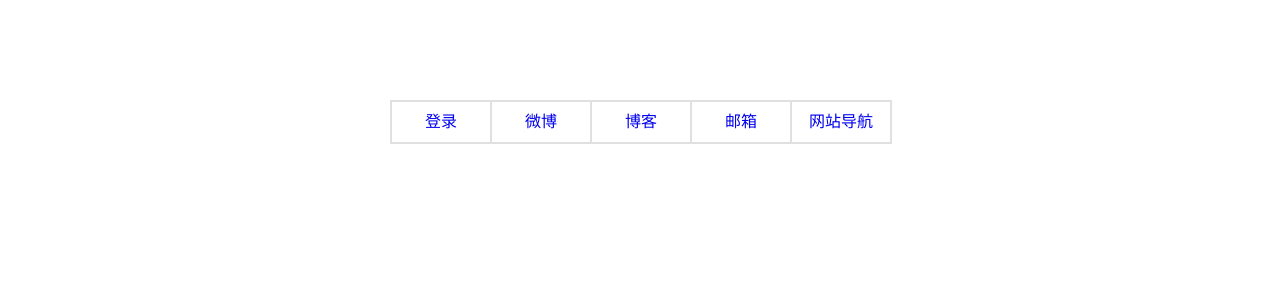
Repository: Sky0258/study
Page: js/新浪下拉框.html
These files come from the project's save history. The page is drawn as it stood at one moment and after the next save; the edit follows.
The browser window is 1280 px wide. The pictures show the whole page.

Above is the page before, as saved 2022-09-11 16:19:39.

### js/新浪下拉框.html
<!DOCTYPE html>
<html lang="en">

<head>
    <meta charset="UTF-8">
    <meta http-equiv="X-UA-Compatible" content="IE=edge">
    <meta name="viewport" content="width=device-width, initial-scale=1.0">
    <title>Document</title>
</head>
<style>
    * {
        padding: 0;
        margin: 0;
    }
    li {
        list-style: none;
    }
    a {
        text-decoration: none;
    }
    .tab {
        margin: 100px auto;
        width: 500px;
        /* border: 1px solid #e0e0e0; */
    }
    .tab > ul {
        width: 100%;
        display: flex;
        border: 1px solid #e0e0e0;
    }
    .tab > ul > li {
        flex: 1;
        text-align: center;
        line-height: 40px;
        border: 1px solid #e0e0e0;
    }
    .list ul {
        display: none;
    }
</style>
<body>
    <div class="tab">
        <ul class="list">
            <li>
                <a href="#">登录</a>
                <ul>
                    <li>私信</li>
                    <li>评论</li>
                    <li>@我</li>
                </ul>
            </li>
            <li>
                <a href="#">微博</a>
                <ul>
                    <li>私信</li>
                    <li>评论</li>
                    <li>@我</li>
                </ul>
            </li>
            <li>
                <a href="#">博客</a>
                <ul>
                    <li>私信</li>
                    <li>评论</li>
                    <li>@我</li>
                </ul>
            </li>
            <li>
                <a href="#">邮箱</a>
                <ul>
                    <li>私信</li>
                    <li>评论</li>
                    <li>@我</li>
                </ul>
            </li>
            <li>
                <a href="#">网站导航</a>
                <ul>
                    <li>私信</li>
                    <li>评论</li>
                    <li>@我</li>
                </ul>
            </li>
        </ul>
    </div>
</body>

</html>

After the next save:
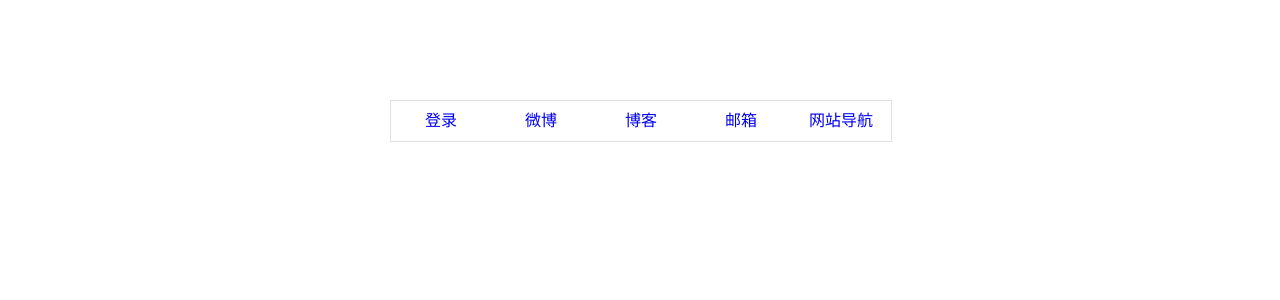
Saved 8 s later.
--- a/js/新浪下拉框.html
+++ b/js/新浪下拉框.html
@@ -32,7 +32,7 @@
         flex: 1;
         text-align: center;
         line-height: 40px;
-        border: 1px solid #e0e0e0;
+        /* border: 1px solid #e0e0e0; */
     }
     .list ul {
         display: none;
